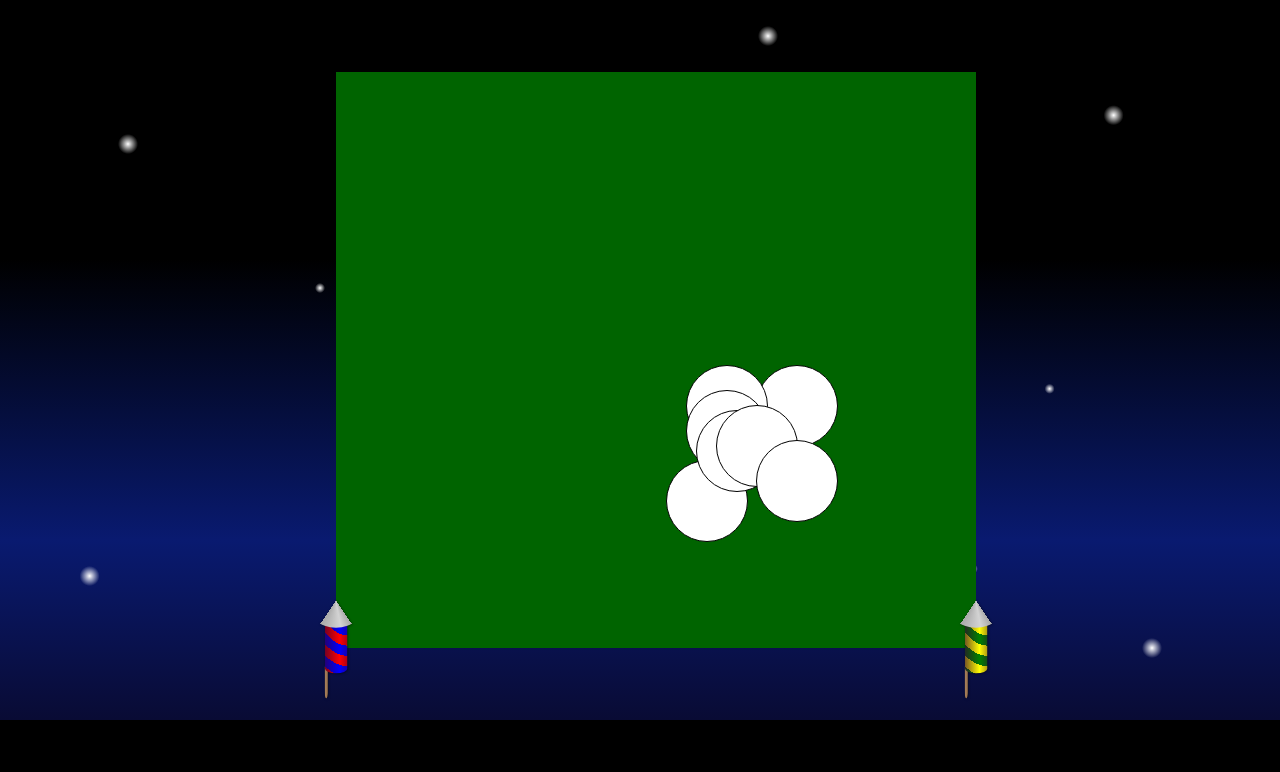
Repository: juliandecloe/CSS-To-The-Rescue---Julian-de-Cloe
Page: index.html
These files come from the project's save history. The page is drawn as it stood at one moment and after a run of saves; the edit follows.
The browser window is 1280 px wide. The pictures show the whole page.

Above is the page before, as saved 2022-03-10 17:20:04.

After the next 2 saves:
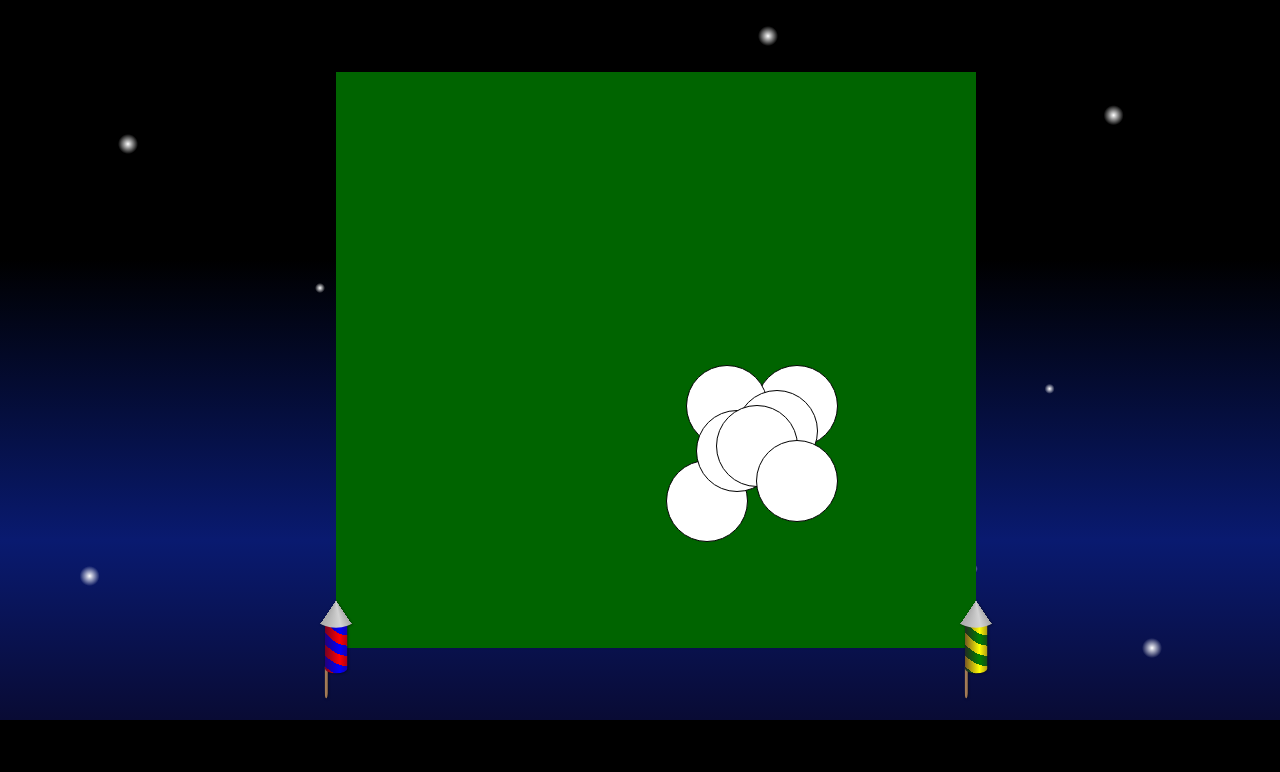
The 2 saves are shown as one change because they came seconds apart.
The last was saved 7 s later.
--- a/style.css
+++ b/style.css
@@ -615,7 +615,7 @@ article li:nth-child(3) {
 
 article li:nth-child(4) {
 	top: 30px;
-	left: 30px;
+	left: 80px;
 }
 
 article li:nth-child(5) {
